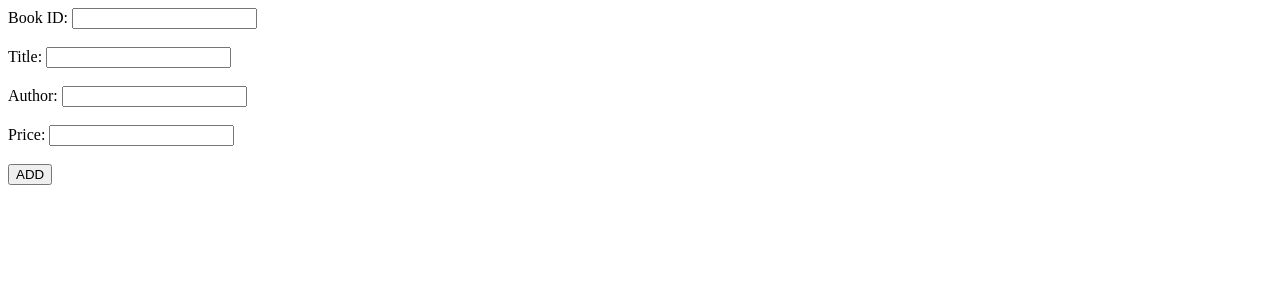
Repository: KoviAnusha/Typescript-files
Page: workspace-sts-3.9.9.RELEASE/BookHomeAssignment/WebContent/InsertBooks.html
These files come from the project's save history. The page is drawn as it stood at one moment and after the next save; the edit follows.
The browser window is 1280 px wide. The pictures show the whole page.

Above is the page before, as saved 2019-08-23 11:46:50.

### workspace-sts-3.9.9.RELEASE/BookHomeAssignment/WebContent/InsertBooks.html
<!DOCTYPE html>
<html>
<head>
<meta charset="ISO-8859-1">
<title>Insert title here</title>
</head>
<body>
<form method="post" action="insert">
Book ID: <input type="text" name="id" ><br><br>
Title: <input type="text" name="title" ><br><br>
Author: <input type="text" name="author" ><br><br>
Price: <input type="text" name="price" ><br><br>
<button onclick=Book(id,title,author,price)>ADD</button>
</form>
</body>
</html>

After the next save:
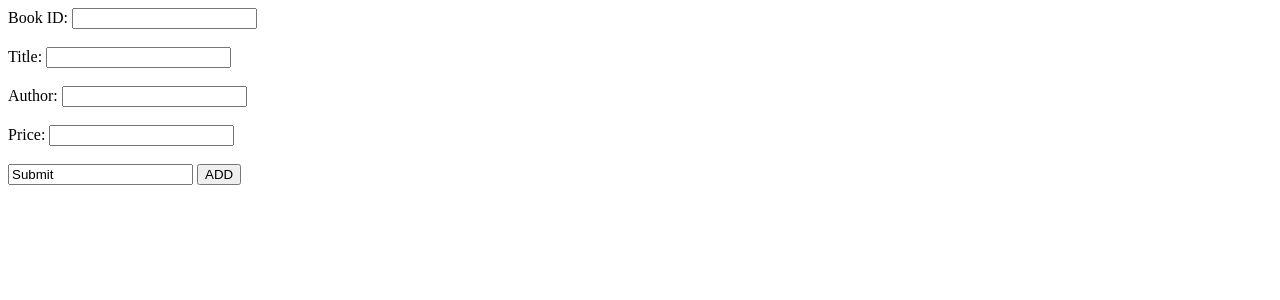
Saved 32 s later.
--- a/workspace-sts-3.9.9.RELEASE/BookHomeAssignment/WebContent/InsertBooks.html
+++ b/workspace-sts-3.9.9.RELEASE/BookHomeAssignment/WebContent/InsertBooks.html
@@ -10,6 +10,7 @@ Book ID: <input type="text" name="id" ><br><br>
 Title: <input type="text" name="title" ><br><br>
 Author: <input type="text" name="author" ><br><br>
 Price: <input type="text" name="price" ><br><br>
+<input type="text" value="Submit">
 <button onclick=Book(id,title,author,price)>ADD</button>
 </form>
 </body>
